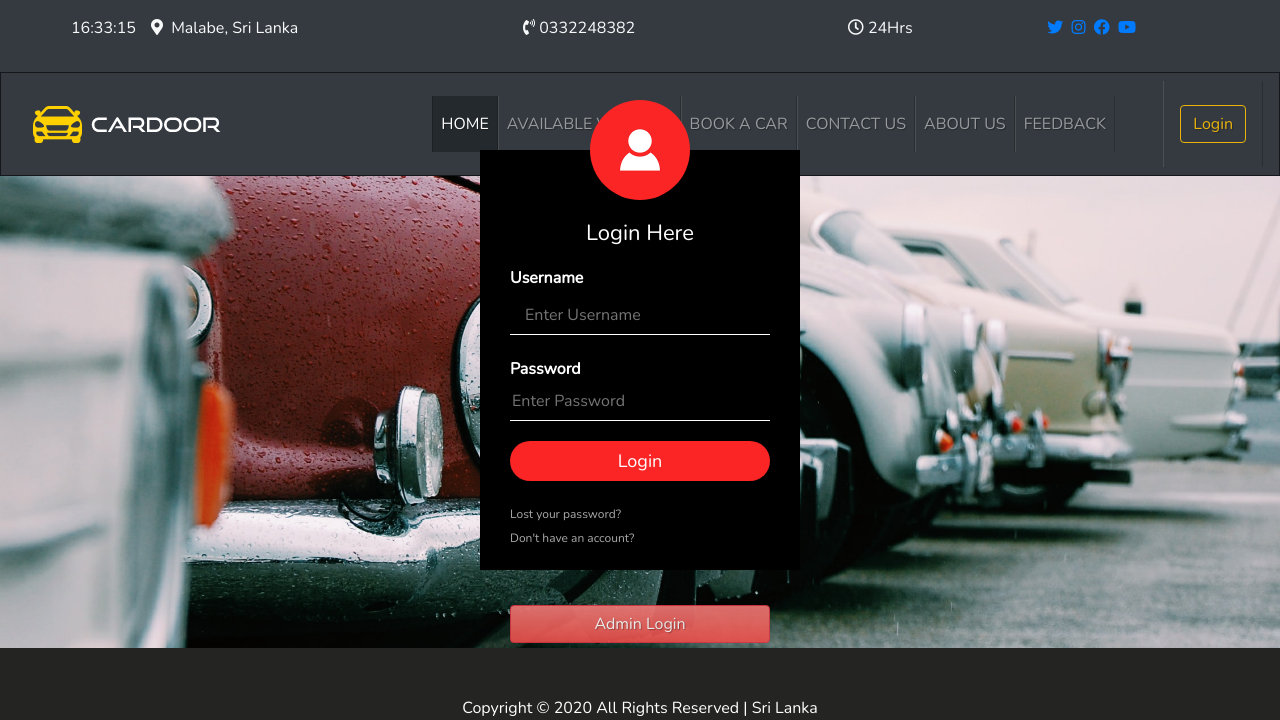
Repository: NipunLakshan99/Cardoor
Page: http://localhost/RentCar/login.jsp
An editor plug-in stored every save of this project. The page is shown before and after the next save, followed by the edit.
The browser window is 1280 px wide. The pictures show the whole page.
Some web libraries are served in a nearby version. The page is served by Tomcat 9. Other server files are loaded and not shown.

Above is the page before, as saved 2020-05-13 11:05:10.

### RentCar/WebContent/login.jsp
<%@ page language="java" contentType="text/html; charset=ISO-8859-1"
    pageEncoding="ISO-8859-1"%>
<!DOCTYPE html>
<html>
<head>

		<meta charset="ISO-8859-1" name="viewport" content="width=device-width, initial-scale=1">
		<link rel="stylesheet" href="https://stackpath.bootstrapcdn.com/bootstrap/4.3.1/css/bootstrap.min.css" integrity="sha384-ggOyR0iXCbMQv3Xipma34MD+dH/1fQ784/j6cY/iJTQUOhcWr7x9JvoRxT2MZw1T" crossorigin="anonymous">
		<link rel="stylesheet" href="https://bootswatch.com/4/slate/bootstrap.min.css" >
        <link rel="stylesheet" href="https://stackpath.bootstrapcdn.com/bootstrap/4.3.1/css/bootstrap.min.css" integrity="sha384-ggOyR0iXCbMQv3Xipma34MD+dH/1fQ784/j6cY/iJTQUOhcWr7x9JvoRxT2MZw1T" crossorigin="anonymous">
        <link href="https://fonts.googleapis.com/css?family=Nunito" rel="stylesheet">
        <link rel="stylesheet" href="https://use.fontawesome.com/releases/v5.8.2/css/all.css" integrity="sha384-oS3vJWv+0UjzBfQzYUhtDYW+Pj2yciDJxpsK1OYPAYjqT085Qq/1cq5FLXAZQ7Ay" crossorigin="anonymous">
        <link rel="stylesheet" href="CSS/stylesheet.css">
        <link rel="shortcut icon" href="CSS/favicon.ico" type="image/x-icon" />
		<title>Login</title>
</head>
<style>
 body{
  font-family: 'Nunito';
  background-image:url(CSS/img/carlo.jpg);
  background-size:cover;
  background-attachment:fixed;
}
</style>
<body onload="startTime()">
	<!--- Clock Display ------>
        <script>
            function startTime() {
                var today = new Date();
                var h = today.getHours();
                var m = today.getMinutes();
                var s = today.getSeconds();
                m = checkTime(m);
                s = checkTime(s);
                document.getElementById('txt').innerHTML =
                        h + ":" + m + ":" + s;
                var t = setTimeout(startTime, 500);
            }
            function checkTime(i) {
                if (i < 10) {
                    i = "0" + i
                }
                ;  // add zero in front of numbers < 10
                return i;
            }
        </script>

        <!------------------------------->

         <div class="preloader bg-dark text-light" >
            <div class="preloader-spinner" >


                <div id="header-top" class="d-none d-xl-block">
                    <div class="container">
                        <div class="row">

                            <div class="loader-content">
                                <!--<img src="CSS/img/preloader.gif">-->
                                <p id="txt"></p>

                            </div>

                            <div class="col-lg-3 text-left ">
                                <i class="fas fa-map-marker-alt"></i> &nbsp;Malabe, Sri Lanka
                            </div>&nbsp;&nbsp;&nbsp;&nbsp;

                            <div class="col-lg-3 text-center">
                                <i class="fas fa-phone-volume"></i> 0332248382
                            </div>&nbsp;&nbsp;&nbsp;&nbsp;

                            <div class="col-lg-3 text-center">
                                <i class="far fa-clock"></i> 24Hrs
                            </div>&nbsp;&nbsp;&nbsp;&nbsp;&nbsp;&nbsp;


                            <div class="header-social-icons text-right">
                                <a href="#"><i class="fab fa-twitter"></i></a>&nbsp;
                                <a href="#"><i class="fab fa-instagram"></i></a>&nbsp;
                                <a href="#"><i class="fab fa-facebook"></i></a>&nbsp;
                                <a href="#"><i class="fab fa-youtube"></i></a>&nbsp;
                            </div>
                        </div>
                    </div>
                </div>
            </div>
        </div>
  <nav class="navbar navbar-expand-lg navbar-dark bg-dark">
		<div class="col-lg-4">
                        <a href="Home.jsp" class="logo">
                            <img src="CSS/img/logo.png" alt="JSOFT">
                        </a>
                    </div>


  		<div class="collapse navbar-collapse" id="navbarColor02">
    	<ul class="navbar-nav mr-auto">
        <li class="nav-item active">
        <a href="Home.jsp" class="nav-link" href="#">HOME </a>
      	</li>
      	<li class="nav-item">
        <a href="vehicles.html" class="nav-link" href="#">AVAILABLE VEHICLES</a>
      	</li>
      	<li class="nav-item">
         <a href="addbookingform.jsp" class="nav-link" href="#">BOOK A CAR</a>
      	</li>
      	<li class="nav-item">
        <a href="contactus.html" class="nav-link" href="#">CONTACT US</a>
      	</li>
      	<li class="nav-item">
        <a href="aboutus.html" class="nav-link" href="#">ABOUT US</a>
      	</li>
      	<li class="nav-item">
        <a href="feedback.jsp" class="nav-link" href="#">FEEDBACK</a>
      	</li>
    	</ul>
    	<li class="form-inline my-2 my-lg-0">
        <a href="login.jsp" class="nav-item nav-link"><button class="btn btn-outline-warning">Login</button></a>
    	</li>
  		</div>
		</nav>

		<%
			String profile_msg=(String)request.getAttribute("profile_msg");
		if(profile_msg!=null){
			out.print(profile_msg);
			}
			String login_msg=(String)request.getAttribute("login_msg");
		if(login_msg!=null){
			out.print(login_msg);
			}
 		%>


		<div class="loginbox">
			<img src="CSS/img/avatar.png" class="avatar">
			<h1>Login Here</h1>
        <form action="log" method="post">
  		<p>Username</p>
            <input type="text" name="" placeholder="Enter Username">
            <p>Password</p>
            <input type="password" name="" placeholder="Enter Password">
            <input type="submit" name="" value="Login">
            <a href="#">Lost your password?</a><br>
            <a href="customerinsert.jsp">Don't have an account?</a>
        </form>
        <br/>
        <br/>
  		<div>

        		  <a href="adminlogin.jsp"><button type="button" class="btn btn-danger">Admin Login</button></a>
        		  <a href="Stafflogin.jsp"><button type="button" class="btn btn-danger">Staff Login</button></a>
		</div>
		</form>
		</div>
		<br/>


   		<div class="footer">
  			<p><br/><br/><style="color: #8a8a7c">Copyright &copy; <script>document.write(new Date().getFullYear());</script> All Rights Reserved | Sri Lanka</p>
		</div>




</body>
</html>

### RentCar/WebContent/CSS/stylesheet.css
.btn-group-vertical{

  margin-left: 150px;
}

.align text-light{
	color:black;

}

.bg-light{
	border: 1px solid 	#000000;
    margin-bottom: 25px;
}

.btn-group-vertical input[type=button]{
	width: 100%;
	height: 30px;
 	position: relative;
 	margin-left: 150px;
	}

.adddriverform{
	margin-left: 150px;
}

.viewdrivers{
	margin-left: 150px;
}

.editdriverform{
	margin-left: 150px;
}




.loginform{
		width: 100%;
  		padding: 12px 20px;
  		margin: 8px 0;
  		display: inline-block;
  		border: 1px solid #cc;
  		background: #f1f1f1;
  		box-sizing: border-box;
}

.userimg{
	margin-left:1000px;
}

.adminlogin{
	width:50%;
	margin-left: 350px;
}

.feedbackform{
	margin-left: 150px;
}

#message {
  display:none;
  background: #f1f1f1;
  color: #000;
  position: relative;
  padding: 20px;
  margin-top: 10px;
}

#message p {
  padding: 10px 35px;
  font-size: 18px;
}


.img{
	position:absolute;
	left:700px;
	margin-left: 50px;
	top:250px;

}

.loginbox{
    width: 320px;
    height: 420px;
    background: #000;
    color: #fff;
    top: 50%;
    left: 50%;
    position: absolute;
    transform: translate(-50%,-50%);
    box-sizing: border-box;
    padding: 70px 30px;
}

.avatar{
    width: 100px;
    height: 100px;
    border-radius: 50%;
    position: absolute;
    top: -50px;
    left: calc(50% - 50px);
}

.loginbox h1{
    margin: 0;
    padding: 0 0 20px;
    text-align: center;
    font-size: 22px;
}

.loginbox p{
    margin: 0;
    padding: 0;
    font-weight: bold;
}

.loginbox input{
    width: 100%;
    margin-bottom: 20px;
}

.loginbox input[type="text"], input[type="password"]
{
    border: none;
    border-bottom: 1px solid #fff;
    background: transparent;
    outline: none;
    height: 40px;
    color: #fff;
    font-size: 16px;
}
.loginbox input[type="submit"]
{
    border: none;
    outline: none;
    height: 40px;
    background: #fb2525;
    color: #fff;
    font-size: 18px;
    border-radius: 20px;
}
.loginbox input[type="submit"]:hover
{
    cursor: pointer;
    background: #ffc107;
    color: #000;
}
.loginbox a{
    text-decoration: none;
    font-size: 12px;
    line-height: 20px;
    color: darkgrey;
}

.loginbox a:hover
{
    color: #ffc107;
}

.footer {
  position: fixed;
  left: 0;
  bottom: 0;
  width: 100%;
   height: 10%;
  background-color: #242422;
  color: white;
  text-align: center;
}

h1{
	text-align: center;
    font-size: 50px;
}

* {box-sizing: border-box}
/* Full-width input fields */
  input[type=text] {
  width: 100%;
  padding: 15px;
  margin: 5px 0 22px 0;
  display: inline-block;
  border: none;
  background: #f1f1f1;
}

/* Add a background color when the inputs get focus */
input[type=text]:focus{
  background-color: #ddd;
  outline: none;
}

/* Set a style for all buttons */
button {
  background-color: #4CAF50;
  color: white;
  padding: 14px 20px;
  margin: 8px 0;
  border: none;
  cursor: pointer;
  width: 100%;
  opacity: 0.9;
}

button:hover {
  opacity:1;
}

/* Extra styles for the cancel button */
.cancelbtn {
  padding: 14px 20px;
  background-color: #f44336;
}

/* Float cancel and signup buttons and add an equal width */
.cancelbtn, .signupbtn {
  float: left;
  width: 50%;
}

/* Add padding to container elements */
.container {
  padding: 16px;
}

/* The Modal (background) */
.modal {
  display: none; /* Hidden by default */
  position: fixed; /* Stay in place */
  z-index: 1; /* Sit on top */
  left: 0;
  top: 0;
  width: 100%; /* Full width */
  height: 100%; /* Full height */
  overflow: auto; /* Enable scroll if needed */
  background-color: #474e5d;
  padding-top: 50px;
}

/* Modal Content/Box */
.modal-content {
  background-color: #fefefe;
  margin: 5% auto 15% auto; /* 5% from the top, 15% from the bottom and centered */
  border: 1px solid #888;
  width: 80%; /* Could be more or less, depending on screen size */
}

/* Style the horizontal ruler */
hr {
  border: 1px solid #f1f1f1;
  margin-bottom: 25px;
}

/* The Close Button (x) */
.close {
  position: absolute;
  right: 35px;
  top: 15px;
  font-size: 40px;
  font-weight: bold;
  color: #f1f1f1;
}

.close:hover,
.close:focus {
  color: #f44336;
  cursor: pointer;
}

/* Clear floats */
.clearfix::after {
  content: "";
  clear: both;
  display: table;
}

/* Change styles for cancel button and signup button on extra small screens */
@media screen and (max-width: 300px) {
  .cancelbtn, .signupbtn {
    width: 100%;
  }
}

After the next save:
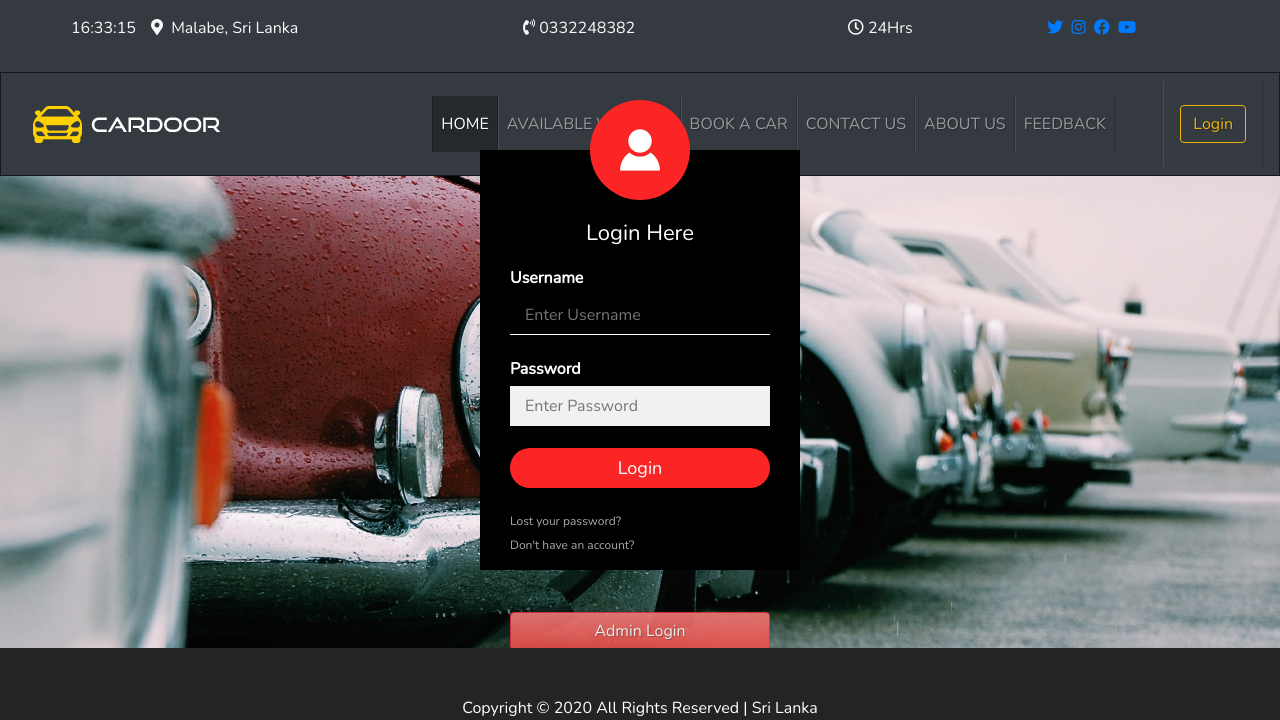
Saved 4 min 52 s later.
--- a/RentCar/WebContent/CSS/stylesheet.css
+++ b/RentCar/WebContent/CSS/stylesheet.css
@@ -177,7 +177,7 @@ h1{
 
 * {box-sizing: border-box}
 /* Full-width input fields */
-  input[type=text] {
+  input[type=text], input[type=password] {
   width: 100%;
   padding: 15px;
   margin: 5px 0 22px 0;
@@ -187,7 +187,7 @@ h1{
 }
 
 /* Add a background color when the inputs get focus */
-input[type=text]:focus{
+input[type=text]:focus, input[type=password]:focus {
   background-color: #ddd;
   outline: none;
 }
